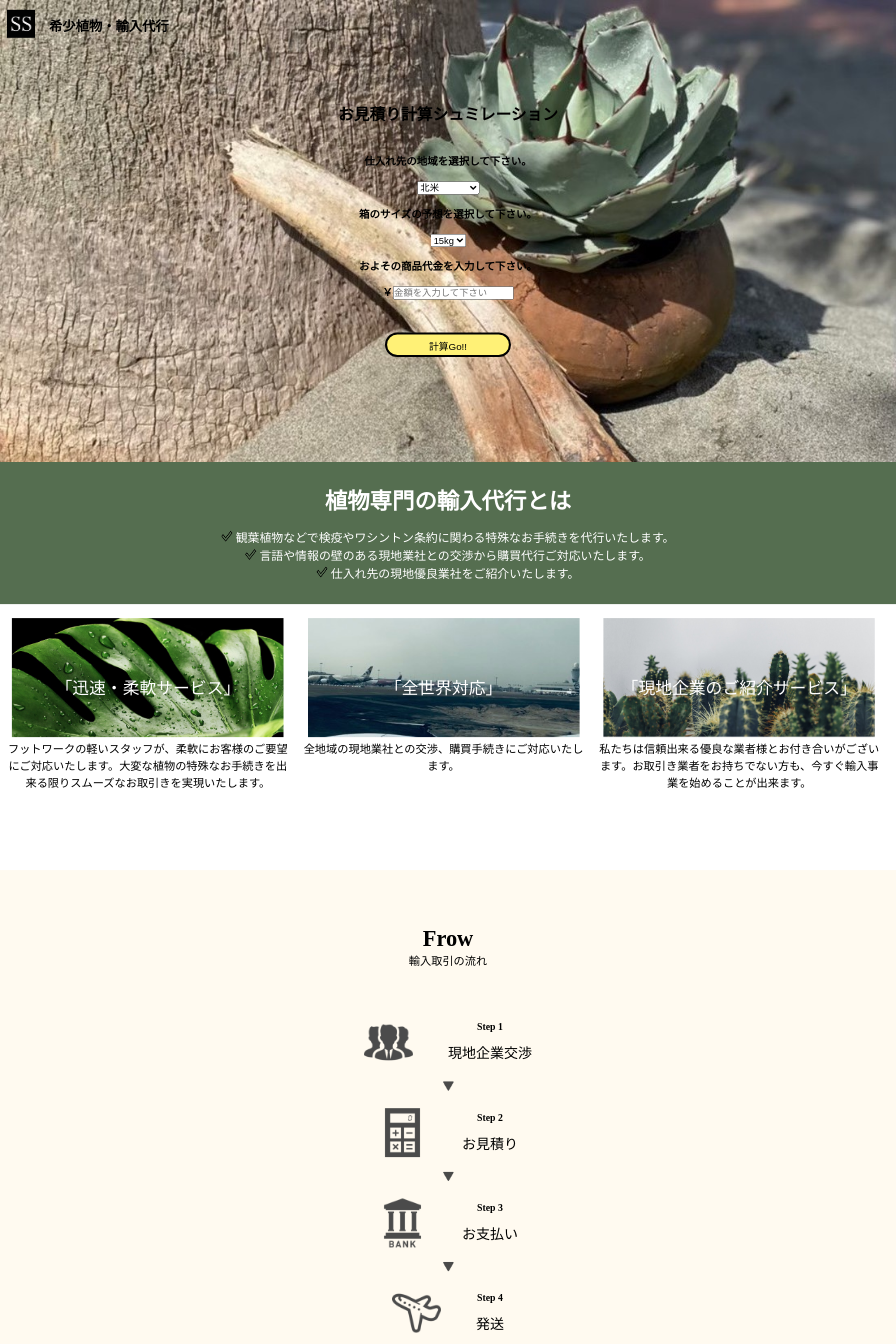
Repository: Seiya00002/seeds-surf-lp
Page: index.html
These files come from the project's save history. The page is drawn as it stood at one moment and after the next save; the edit follows.
The browser window is 1280 px wide. The pictures show the part of the page from y = 0 to 1920 px (the page is 4263 px tall), at 70% of full size.

Above is the page before, as saved 2023-07-19 08:22:23.

After the next save:
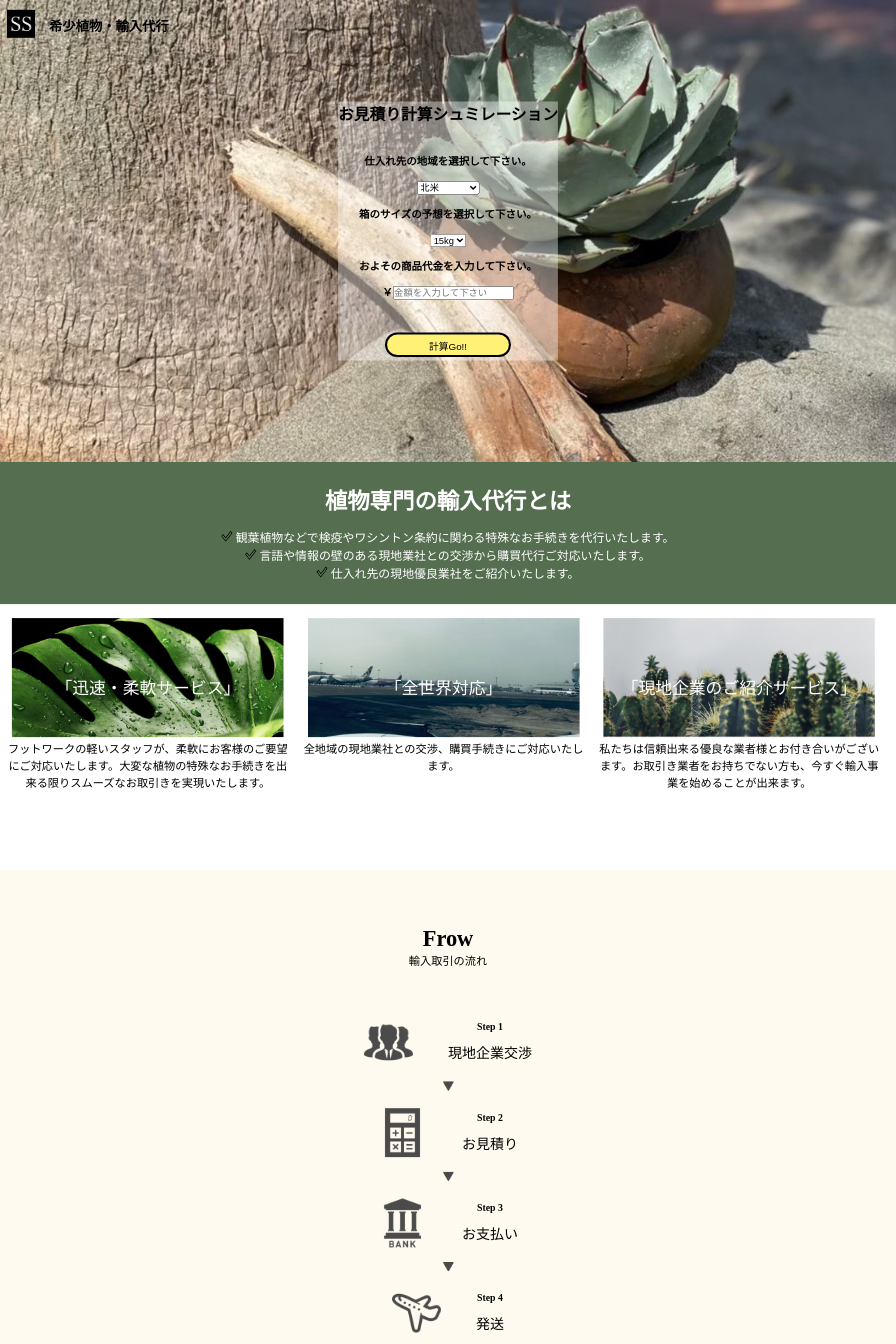
Saved 2 min 6 s later.
--- a/css/style.css
+++ b/css/style.css
@@ -82,6 +82,12 @@ header p {
     line-height: 2.5em;
     /* background: rgb(255, 255, 255,0.4); */
 }
+
+.calculation-app {
+    background: rgb(255, 255, 255,0.4);
+
+}
+
 .hero_message h2 {
     padding-bottom: 30px;
 }
